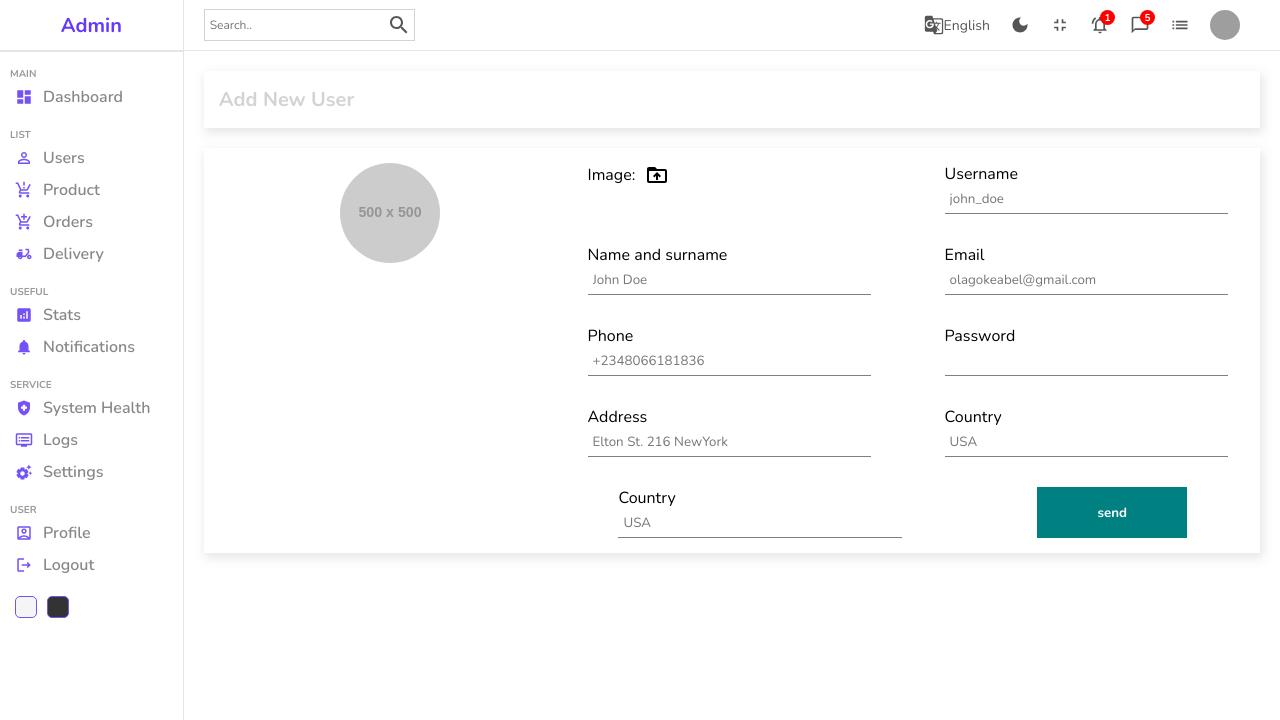
Repository: maescode/simple-react-admin-dashboard
Page: /users/new
An editor plug-in stored every save of this project. The page is shown before and after the next save, followed by the edit.
The browser window is 1280 px wide. The pictures show the whole page.
Pictures or frames that could not be fetched are drawn as grey boxes. The project was rebuilt for these pictures with package versions that can differ from the ones it lists, and the page was loaded fresh each time. Also part of the build but not shown: src/App.css, src/pages/home/home.scss, src/pages/components/widget/widget.scss, src/pages/components/widget/Widget.jsx, src/pages/components/featured/featured.scss, src/pages/components/featured/Featured.jsx, src/pages/components/chart/chart.scss, src/pages/components/chart/Chart.jsx and 11 more.

Above is the page before, as saved 2022-08-10 10:39:16.

### public/index.html
<!DOCTYPE html>
<html lang="en">
  <head>
    <meta charset="utf-8" />
    <link rel="icon" href="%PUBLIC_URL%/favicon.ico" />
    <meta name="viewport" content="width=device-width, initial-scale=1" />
    <meta name="theme-color" content="#000000" />
    <meta
      name="description"
      content="Web site created using create-react-app"
    />
    <link rel="apple-touch-icon" href="%PUBLIC_URL%/logo192.png" />
    <link rel="manifest" href="%PUBLIC_URL%/manifest.json" />
    <link rel="preconnect" href="https://fonts.googleapis.com" />
    <link rel="preconnect" href="https://fonts.gstatic.com" crossorigin />
    <link
      href="https://fonts.googleapis.com/css2?family=Nunito:ital,wght@0,200;0,300;0,400;0,500;0,600;0,700;0,800;1,500&display=swap"
      rel="stylesheet"
    />
    <style>
      * {
        font-family: Nunito;
        margin: 0;
      }
    </style>
    <title>Dashboard</title>
  </head>
  <body>
    <noscript>You need to enable JavaScript to run this app.</noscript>
    <div id="root"></div>
  </body>
</html>

### src/App.js
import { BrowserRouter, Routes, Route, Link } from 'react-router-dom';
import './App.css';
import Home from './pages/home/Home';
import Login from './pages/login/Login';
import List from './pages/list/List';
import New from './pages/new/New';
import Single from './pages/single/Single';
import { productInputs, userInputs } from './formSource';

function App() {
  return (
    <>
      <BrowserRouter>
        <Routes>
          <Route path="/">
            <Route index element={<Home />} />
            <Route path="login" element={<Login />} />
            <Route path="users">
              <Route index element={<List />} />
              <Route path=":userId" element={<Single />} />
              <Route
                path="new"
                element={<New inputs={userInputs} title={'Add New User'} />}
              />
            </Route>
            <Route path="products">
              <Route index element={<List />} />
              <Route path=":productId" element={<Single />} />
              <Route
                path="new"
                element={
                  <New inputs={productInputs} title={'Add New Product'} />
                }
              />
            </Route>
          </Route>
        </Routes>
      </BrowserRouter>
    </>
  );
}

export default App;

### src/pages/new/New.jsx
import React from 'react';
import Navbar from '../components/navbar/Navbar';
import Sidebar from '../components/sidebar/Sidebar';
import Datatable from '../components/datatable/Datatable';
import Chart from '../components/chart/Chart';
import DriveFolderUploadIcon from '@mui/icons-material/DriveFolderUpload';

import './new.scss';
import { InputSharp } from '@mui/icons-material';

const New = ({ inputs, title }) => {
  return (
    <div className="new">
      <Sidebar />
      <div className="newContainer">
        <Navbar />
        <div className="top">
          <h1>{title}</h1>
        </div>
        <div className="bottom">
          <div className="left">
            <img
              src="http://dummyimage.com/500x500.png/dddddd/000000"
              alt="alt"
            />
          </div>
          <div className="right">
            <form className="form">
              <div className="formInput">
                <label htmlFor="file">
                  Image: <DriveFolderUploadIcon className="icon" />
                </label>
                <input
                  type="file"
                  name="file"
                  id="file"
                  style={{ display: 'none' }}
                />
              </div>

              {inputs.map((input) => {
                return (
                  <div key={input.id} className="formInput">
                    <label>{input.label}</label>
                    <input
                      type={input.type}
                      name={input.name}
                      placeholder={input.placeholder}
                    />
                  </div>
                );
              })}

              <button>send</button>
            </form>
          </div>
        </div>
      </div>
    </div>
  );
};

export default New;

### src/formSource.js
export const userInputs = [
  {
    id: 1,
    label: 'Username',
    type: 'text',
    name: 'username',
    placeholder: 'john_doe',
  },
  {
    id: 2,
    label: 'Name and surname',
    type: 'text',
    name: 'name',
    placeholder: 'John Doe',
  },
  {
    id: 3,
    label: 'Email',
    type: 'mail',
    name: 'email',
    placeholder: 'olagokeabel@gmail.com',
  },
  {
    id: 4,
    label: 'Phone',
    type: 'text',
    name: 'phone',
    placeholder: '+2348066181836',
  },
  {
    id: 5,
    label: 'Password',
    type: 'password',
    name: 'password',
  },
  {
    id: 6,
    label: 'Address',
    type: 'text',
    name: 'address',
    placeholder: 'Elton St. 216 NewYork',
  },
  {
    id: 7,
    label: 'Country',
    type: 'text',
    name: 'country',
    placeholder: 'USA',
  },
  {
    id: 8,
    label: 'Country',
    type: 'text',
    name: 'country',
    placeholder: 'USA',
  },
];

export const productInputs = [
  {
    id: 1,
    label: 'Title',
    type: 'text',
    name: 'title',
    placeholder: 'Apple Macbook Pro',
  },
  {
    id: 2,
    label: 'Description',
    type: 'text',
    name: 'description',
    placeholder: 'Description',
  },
  {
    id: 3,
    label: 'Category',
    type: 'text',
    name: 'category',
    placeholder: 'computer',
  },
  {
    id: 4,
    label: 'Price',
    type: 'text',
    name: 'price',
    placeholder: '100',
  },
  {
    id: 5,
    label: 'stock',
    type: 'text',
    name: 'stock',
    placeholder: 'in stock',
  },
];

### src/pages/components/sidebar/Sidebar.jsx
import React from 'react';
import './sidebar.scss';
import DashboardIcon from '@mui/icons-material/Dashboard';
import PersonOutlineOutlinedIcon from '@mui/icons-material/PersonOutlineOutlined';
import ProductionQuantityLimitsOutlinedIcon from '@mui/icons-material/ProductionQuantityLimitsOutlined';
import LogoutOutlinedIcon from '@mui/icons-material/LogoutOutlined';
import AccountBoxOutlinedIcon from '@mui/icons-material/AccountBoxOutlined';
import AddShoppingCartIcon from '@mui/icons-material/AddShoppingCart';
import DeliveryDiningIcon from '@mui/icons-material/DeliveryDining';
import AnalyticsIcon from '@mui/icons-material/Analytics';
import NotificationsIcon from '@mui/icons-material/Notifications';
import HealthAndSafetyIcon from '@mui/icons-material/HealthAndSafety';
import DvrIcon from '@mui/icons-material/Dvr';
import SettingsSuggestIcon from '@mui/icons-material/SettingsSuggest';
const Sidebar = () => {
  return (
    <div className="sidebar">
      <div className="top">
        <span className="logo">Admin</span>
      </div>
      <hr />
      <div className="center">
        <ul>
          <p className="title">MAIN</p>
          <li>
            <DashboardIcon className="icon" />
            <span>Dashboard</span>
          </li>
          <p className="title">LIST</p>
          <li>
            <PersonOutlineOutlinedIcon className="icon" />
            <span>Users</span>
          </li>
          <li>
            <ProductionQuantityLimitsOutlinedIcon className="icon" />
            <span>Product</span>
          </li>
          <li>
            <AddShoppingCartIcon className="icon" />
            <span>Orders</span>
          </li>
          <li>
            <DeliveryDiningIcon className="icon" />
            <span>Delivery</span>
          </li>
          <p className="title">USEFUL</p>
          <li>
            <AnalyticsIcon className="icon" />
            <span>Stats</span>
          </li>
          <li>
            <NotificationsIcon className="icon" />
            <span>Notifications</span>
          </li>
          <p className="title">SERVICE</p>
          <li>
            <HealthAndSafetyIcon className="icon" />
            <span>System Health</span>
          </li>
          <li>
            <DvrIcon className="icon" />
            <span>Logs</span>
          </li>
          <li>
            <SettingsSuggestIcon className="icon" />
            <span>Settings</span>
          </li>
          <p className="title">USER</p>
          <li>
            <AccountBoxOutlinedIcon className="icon" />
            <span>Profile</span>
          </li>
          <li>
            <LogoutOutlinedIcon className="icon" />
            <span>Logout</span>
          </li>
        </ul>
      </div>
      <div className="bottom">
        <div className="colorOption"></div>
        <div className="colorOption"></div>
      </div>
    </div>
  );
};

export default Sidebar;

### src/pages/components/navbar/Navbar.jsx
import React from 'react';
import './navbar.scss';
import SearchIcon from '@mui/icons-material/Search';
import GTranslateIcon from '@mui/icons-material/GTranslate';
import DarkModeIcon from '@mui/icons-material/DarkMode';
import FullscreenExitIcon from '@mui/icons-material/FullscreenExit';
import NotificationsActiveOutlinedIcon from '@mui/icons-material/NotificationsActiveOutlined';
import ChatBubbleOutlineOutlinedIcon from '@mui/icons-material/ChatBubbleOutlineOutlined';
import ListOutlinedIcon from '@mui/icons-material/ListOutlined';

const Navbar = () => {
  return (
    <div className="navbar">
      <div className="wrapper">
        <div className="search">
          <input type="search" placeholder="Search.." className="" />
          <SearchIcon />
        </div>
        <div className="items">
          <div className="item">
            <GTranslateIcon className="icon" />
            English
          </div>
          <div className="item">
            <DarkModeIcon className="icon" />
          </div>
          <div className="item">
            <FullscreenExitIcon className="icon" />
          </div>
          <div className="item">
            <NotificationsActiveOutlinedIcon className="icon" />
            <div className="counter">1</div>
          </div>
          <div className="item">
            <ChatBubbleOutlineOutlinedIcon className="icon" />
            <div className="counter">5</div>
          </div>
          <div className="item">
            <ListOutlinedIcon className="icon" />
          </div>

          <div className="item">
            <img
              src={'https://picsum.photos/id/237/200/300'}
              className="avatar"
              alt="icon"
            />
          </div>
        </div>
      </div>
    </div>
  );
};

export default Navbar;

### src/pages/new/new.scss
.new {
  width: 100%;
  display: flex;

  .newContainer {
    flex: 6;

    .top,
    .bottom {
      padding: 15px;
      margin: 20px;
      -webkit-box-shadow: 2px 4px 10px 1px rgba(0, 0, 0, 0.47);
      box-shadow: 2px 4px 10px 1px rgba(201, 201, 201, 0.47);
      display: flex;

      h1 {
        color: lightgrey;
        font-size: 20px;
      }
    }

    .left {
      flex: 1;
      text-align: center;
      img {
        width: 100px;
        height: 100px;
        border-radius: 50%;
        object-fit: contain;
      }
    }
    .right {
      flex: 2;

      form {
        display: flex;
        flex-wrap: wrap;
        gap: 30px;
        justify-content: space-around;
        .formInput {
          width: 40%;

          label {
            display: flex;
            align-items: center;
            gap: 10px;

            icon {
              cursor: pointer;
            }
          }

          input {
            width: 100%;
            padding: 5px;
            border: none;
            border-bottom: 1px solid gray;
            outline: none;
          }
        }

        button {
          width: 150px;
          padding: 10px;
          border: none;
          background-color: teal;
          color: white;
          font-weight: bold;
        }
      }
    }
  }
}

### src/pages/components/sidebar/sidebar.scss
.sidebar {
  flex: 1;
  border-right: 0.5px solid rgb(230, 227, 227);
  min-height: 100vh;
  background-color: white;
  .top {
    height: 50px;
    display: flex;
    align-items: center;
    justify-content: center;

    .logo {
      font-size: 20px;
      font-weight: bold;
      color: #6439ff;
    }
  }

  hr {
    height: 0;
    border: 0.5px solid rgb(230, 227, 227);
  }

  .center {
    padding-left: 10px;
    ul {
      list-style: none;
      margin: 0;
      padding: 0;

      li {
        display: flex;
        align-items: center;
        padding: 5px;
        cursor: pointer;
        &:hover {
          background-color: #ece8ff;
        }

        .icon {
          font-size: 18px;
          color: #7451f8;
        }

        span {
          font: size 13px;
          font-weight: 600;
          color: #888;
          margin-left: 10px;
        }
      }

      .title {
        font-size: 10px;
        font-weight: bold;
        color: #999;
        margin-top: 15px;
      }
    }
  }

  .bottom {
    display: flex;
    align-items: center;
    margin: 10px;

    .colorOption {
      width: 20px;
      height: 20px;
      border-radius: 5px;
      border: 1px solid #7451f8;
      cursor: pointer;
      margin: 5px;

      &:nth-child(1) {
        background-color: whitesmoke;
      }
      &:nth-child(2) {
        background-color: #333;
      }
    }
  }
}

### src/pages/components/navbar/navbar.scss
.navbar {
  height: 50px;
  border-bottom: 0.5px solid rgb(231, 228, 228);
  display: flex;
  align-items: center;
  font-size: 14px;
  color: #555;

  .wrapper {
    width: 100%;
    display: flex;
    align-items: center;
    justify-content: space-between;
    padding: 20px;

    .search {
      display: flex;
      align-items: center;
      border: 0.5px solid lightgrey;
      padding: 3px;

      input {
        border: none;
        outline: none;
        background-color: transparent;

        &::placeholder {
          font-size: 12px;
        }
      }
    }

    .items {
      display: flex;
      align-items: center;

      .item {
        display: flex;
        align-items: center;
        margin-right: 20px;
        position: relative;
        cursor: pointer;

        .icon {
          font-size: 20px;
        }

        .avatar {
          width: 30px;
          height: 30px;
          border-radius: 100%;
        }
        .counter {
          background-color: red;
          width: 15px;
          height: 15px;
          border-radius: 100%;
          color: white;
          display: flex;
          align-items: center;
          justify-content: center;
          font-size: 10px;
          font-weight: bold;
          position: absolute;
          top: -5px;
          right: -5px;
        }
      }
    }
  }
}

Loaded but not shown: src/index.js (common file); src/index.css (common file); src/reportWebVitals.js (common file)

After the next save:
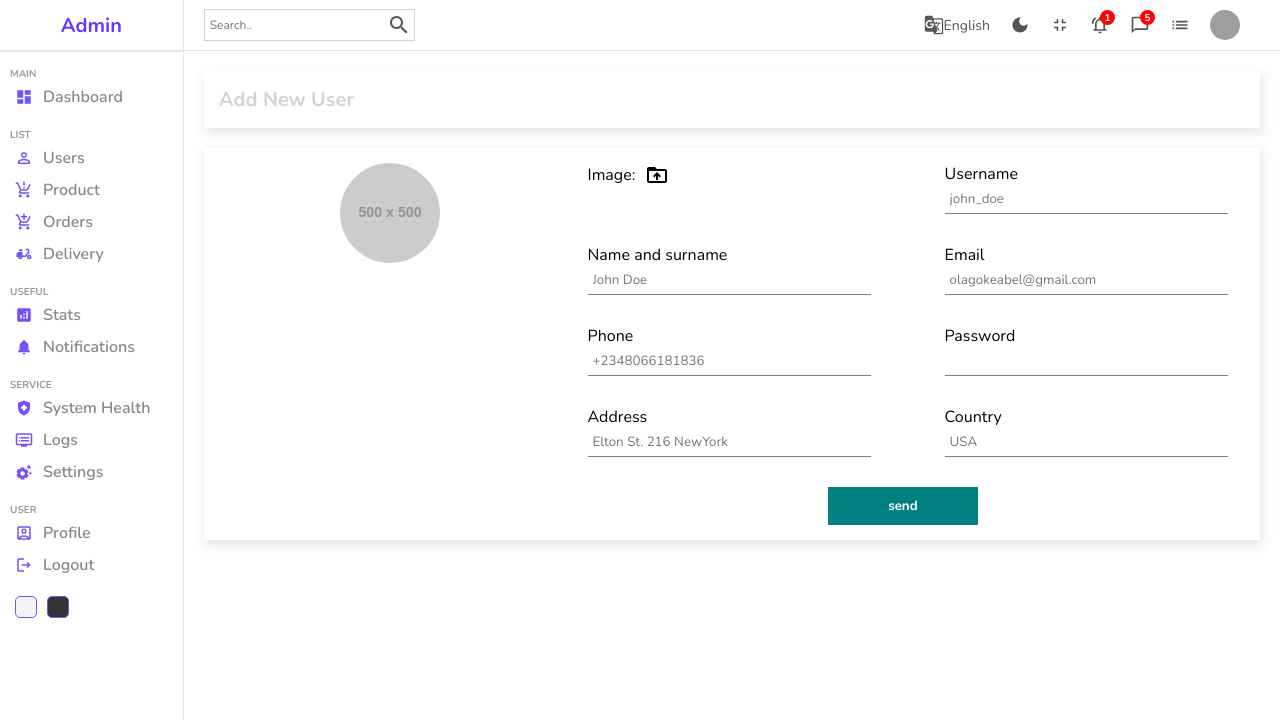
Saved 78 s later.
--- a/src/formSource.js
+++ b/src/formSource.js
@@ -47,13 +47,6 @@ export const userInputs = [
     name: 'country',
     placeholder: 'USA',
   },
-  {
-    id: 8,
-    label: 'Country',
-    type: 'text',
-    name: 'country',
-    placeholder: 'USA',
-  },
 ];
 
 export const productInputs = [
